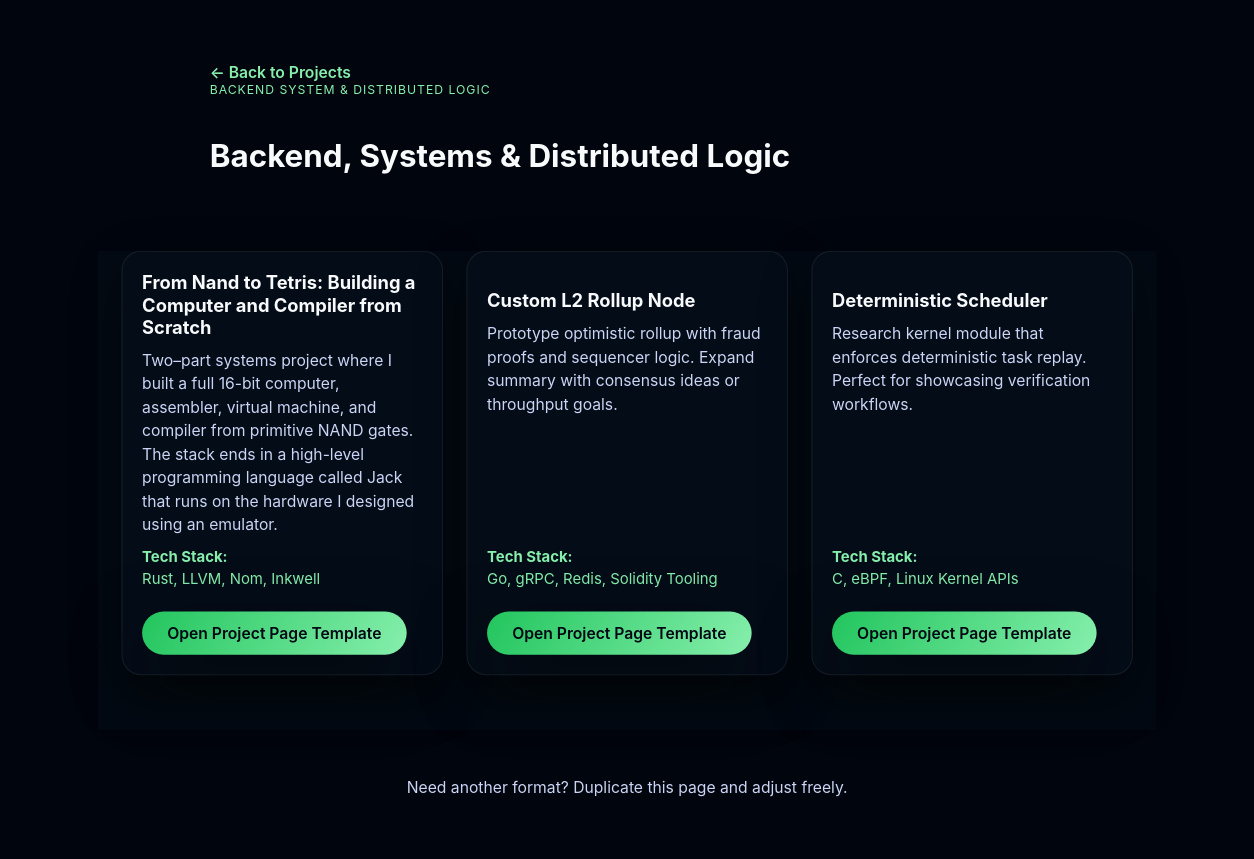
Repository: Abdulaziz-04/Abdulaziz-04.github.io
Page: projects/backend_systems.html
An editor plug-in stored every save of this project. The page is shown before and after the next save, followed by the edit.
The browser window is 1280 px wide. The pictures show the whole page, at 98% of full size.

Above is the page before, as saved 2025-11-20 22:13:46.

### projects/backend_systems.html
<!DOCTYPE html>
<html lang="en">
  <head>
    <meta charset="UTF-8" />
    <meta name="viewport" content="width=device-width, initial-scale=1" />
    <title>Backend, Systems &amp; Distributed Logic | Projects</title>
    <link rel="stylesheet" href="../assets/css/styles.css" />
  </head>
  <body class="category-page">
    <header class="category-hero">
      <a class="category-back" href="../index.html#projects"
        >&larr; Back to Projects</a
      >
      <a class="category-pill" href="../index.html#projects"
        >Backend System &amp; Distributed Logic</a
      >
      <br />
      <h1>Backend, Systems &amp; Distributed Logic</h1>
    </header>
    <main class="section category-section">
      <div class="project-modal-grid">
        <article class="project-modal-card">
          <div class="project-modal__body">
            <h3>
              From Nand to Tetris: Building a Computer and Compiler from Scratch
            </h3>
            <p class="project-modal__summary">
              Two–part systems project where I built a full 16-bit computer,
              assembler, virtual machine, and compiler from primitive NAND
              gates. The stack ends in a high-level programming language called
              Jack that runs on the hardware I designed using an emulator.
            </p>
            <p class="project-modal__tech">
              <strong>Tech Stack:</strong> Rust, LLVM, Nom, Inkwell
            </p>
            <div class="project-modal__actions">
              <a
                class="btn primary"
                href="../deepdives/backend_systems/nand2tetris/nand2tetris.html"
                >Open Project Page Template</a
              >
            </div>
          </div>
        </article>

        <article class="project-modal-card">
          <div class="project-modal__body">
            <h3>Custom L2 Rollup Node</h3>
            <p class="project-modal__summary">
              Prototype optimistic rollup with fraud proofs and sequencer logic.
              Expand summary with consensus ideas or throughput goals.
            </p>
            <p class="project-modal__tech">
              <strong>Tech Stack:</strong> Go, gRPC, Redis, Solidity Tooling
            </p>
            <div class="project-modal__actions">
              <a class="btn primary" href="project-template.html"
                >Open Project Page Template</a
              >
            </div>
          </div>
        </article>

        <article class="project-modal-card">
          <div class="project-modal__body">
            <h3>Deterministic Scheduler</h3>
            <p class="project-modal__summary">
              Research kernel module that enforces deterministic task replay.
              Perfect for showcasing verification workflows.
            </p>
            <p class="project-modal__tech">
              <strong>Tech Stack:</strong> C, eBPF, Linux Kernel APIs
            </p>
            <div class="project-modal__actions">
              <a class="btn primary" href="project-template.html"
                >Open Project Page Template</a
              >
            </div>
          </div>
        </article>
      </div>
    </main>
    <footer class="category-footer">
      <p>Need another format? Duplicate this page and adjust freely.</p>
    </footer>
  </body>
</html>

### assets/css/styles.css
:root {
  --bg: #030a13;
  --bg-alt: #050f1f;
  --panel: #071425;
  --panel-soft: rgba(34, 197, 94, 0.08);
  --accent: #22c55e;
  --accent-strong: #86efac;
  --text: #f8fafc;
  --muted: #cbd5f5;
  --border: rgba(255, 255, 255, 0.08);
  --radius: 18px;
  --shadow: 0 25px 70px rgba(1, 8, 4, 0.55);
}

* {
  box-sizing: border-box;
}

body {
  margin: 0;
  min-height: 100vh;
  font-family: "Inter", "Segoe UI", system-ui, -apple-system, BlinkMacSystemFont,
    sans-serif;
  color: var(--text);
  background: radial-gradient(circle at 15% 35%, rgba(34, 197, 94, 0.15), transparent 45%),
    radial-gradient(circle at 80% 0%, rgba(134, 239, 172, 0.2), transparent 35%),
    #020718;
  scroll-behavior: smooth;
  padding-top: 0;
}

.modal-open {
  overflow: hidden;
}

main {
  background: var(--bg);
}

.section {
  max-width: 1080px;
  margin: 0 auto;
  padding: 3.5rem 1.5rem;
}

.site-header {
  margin: 0;
  padding: clamp(4rem, 12vw, 6rem) clamp(1.5rem, 6vw, 4rem) 3.5rem;
  background: linear-gradient(135deg, rgba(5, 18, 12, 0.9), rgba(3, 10, 19, 0.85)),
    radial-gradient(circle at top left, rgba(34, 197, 94, 0.25), transparent 55%);
  box-shadow: inset 0 1px 0 rgba(255, 255, 255, 0.05);
  min-height: 85vh;
  display: flex;
  align-items: center;
}

.hero-header {
  margin-top: 0;
  padding-top: clamp(4.5rem, 12vw, 7rem);
}

.top-nav {
  position: fixed;
  top: 0;
  left: 0;
  width: 100%;
  padding: 0.75rem clamp(1.25rem, 6vw, 4rem);
  background: rgba(4, 9, 20, 0.95);
  border-bottom: 1px solid rgba(255, 255, 255, 0.05);
  backdrop-filter: blur(14px);
  display: flex;
  align-items: center;
  justify-content: space-between;
  gap: 1rem;
  z-index: 50;
}

.top-nav__brand {
  font-size: 0.85rem;
  letter-spacing: 0.3em;
  text-transform: uppercase;
  color: var(--muted);
}

.top-nav__links {
  display: flex;
  align-items: center;
  gap: 0.9rem;
  flex-wrap: wrap;
}

.nav-link {
  text-decoration: none;
  color: var(--muted);
  font-weight: 600;
  letter-spacing: 0.08em;
  text-transform: uppercase;
  padding: 0.4rem 0.85rem;
  border-radius: 999px;
  transition: color 0.2s ease, background 0.2s ease;
}

.nav-link:hover {
  color: var(--text);
}

.nav-link.active {
  background: var(--accent);
  color: #03140c;
}

.hire-btn {
  cursor: pointer;
  background: var(--accent);
  color: black;
  padding: 0.95rem 2.4rem;
  font-size: 1.1rem;
  font-weight: 700;
  border: none;
  border-radius: 999px;
  box-shadow: 0 12px 28px rgba(34, 197, 94, 0.35);
}

.hero-grid {
  display: grid;
  grid-template-columns: minmax(0, 1.4fr) minmax(220px, 320px);
  gap: clamp(2rem, 4vw, 3.5rem);
  width: 100%;
  align-items: start;
}

.hero-text h1 {
  font-size: clamp(2.5rem, 5vw, 3.8rem);
  margin: 0.2rem 0 0.8rem;
}

.hero-lede {
  color: var(--muted);
  font-size: 1.05rem;
  max-width: 560px;
  line-height: 1.6;
}

.eyebrow {
  text-transform: uppercase;
  color: var(--accent-strong);
}

.hero-summary {
  margin: 1.5rem 0 1.75rem;
  color: var(--muted);
}

.summary-list {
  font-size: large;
  margin: 0;
  padding-left: 1.5rem;
}

.summary-list li {
  margin-bottom: 0.55rem;
  line-height: 1.5;
}

.hero-actions {
  display: flex;
  flex-wrap: wrap;
  gap: 1rem;
  width: 100%;
}

.hero-actions .hire-btn {
  padding: 1.1rem 2.8rem;
  font-size: 1.2rem;
}

.btn {
  display: inline-flex;
  align-items: center;
  justify-content: center;
  gap: 0.4rem;
  padding: 0.75rem 1.6rem;
  border-radius: 999px;
  text-decoration: none;
  font-weight: 600;
  transition: transform 0.2s ease, box-shadow 0.2s ease;
}

.btn.primary {
  background: linear-gradient(120deg, var(--accent), var(--accent-strong));
  color: #020714;
  box-shadow: var(--shadow);
}

.btn.secondary {
  border: 1px solid var(--accent);
  color: var(--accent-strong);
}

.btn:hover {
  transform: translateY(-2px);
}

.hero-photo {
  justify-self: center;
}

.hero-photo img {
  width: clamp(220px, 18vw, 280px);
  border-radius: 28px;
  border: 1px solid rgba(134, 239, 172, 0.2);
  box-shadow: 0 20px 60px rgba(0, 0, 0, 0.6);
  filter: saturate(1.05);
}

.section h2 {
  margin-top: 0;
  font-size: 2rem;
}

.experience-grid {
  display: grid;
  grid-template-columns: repeat(auto-fit, minmax(300px, 1fr));
  gap: 1.75rem;
}

.experience-title {
  display: flex;
  justify-content: space-between;
  align-items: center;
  gap: 1rem;
  font-size: 1.2rem;
}

.experience-title .role {
  color: var(--text); /* default text color */
  font-weight: 600;
}

.experience-title .org {
  color:#6DF9C9;
  white-space: nowrap;
}

.experience-card,
.project-card {
  background: linear-gradient(145deg, var(--panel), rgba(6, 14, 18, 0.9));
  border-radius: var(--radius);
  border: 1px solid var(--border);
  padding: 1.75rem;
  box-shadow: var(--shadow);
}

.timeline {
  border-left: 2px solid var(--border);
  margin-top: 1.25rem;
}

.timeline-item {
  padding-left: 1.75rem;
  margin-bottom: 1.75rem;
  position: relative;
}

.timeline-header {
  display: flex;
  justify-content: space-between;
  align-items: baseline;
  gap: 1rem;
}

.timeline-header h3 {
  margin: 0;
}

.education-title {
  display: flex;
  justify-content: space-between;
  gap: 0.75rem;
  align-items: baseline;
  flex-wrap: wrap;
}

.edu-gpa {
  color: var(--accent-strong);
  white-space: nowrap;
  font-size: 0.95rem;
}





.hire-modal {
  position: fixed;
  inset: 0;
  background: rgba(5, 9, 18, 0.8);
  display: flex;
  justify-content: center;
  align-items: center;
  z-index: 100;
}

.hire-modal[hidden] {
  display: none;
}

.hire-modal__panel {
  background: #050b16;
  border: 1px solid rgba(255, 255, 255, 0.08);
  border-radius: 22px;
  padding: 1.75rem;
  width: min(90%, 420px);
  box-shadow: 0 30px 80px rgba(0, 0, 0, 0.55);
  position: relative;
  color: var(--text);
}

.hire-modal__panel p {
  color: var(--muted);
}

.hire-modal__close {
  position: absolute;
  top: 0.5rem;
  right: 0.75rem;
  background: var(--accent);
  color: #02120b;
  border: none;
  font-size: 1.35rem;
  font-weight: 700;
  cursor: pointer;
  width: 2.25rem;
  height: 2.25rem;
  border-radius: 999px;
  display: inline-flex;
  align-items: center;
  justify-content: center;
  line-height: 1;
}

.hire-options {
  display: flex;
  flex-direction: column;
  gap: 0.75rem;
  margin-top: 1rem;
}

.hire-option {
  display: flex;
  justify-content: space-between;
  align-items: center;
  padding: 0.85rem 1rem;
  border-radius: 1rem;
  text-decoration: none;
  color: var(--text);
  border: 1px solid rgba(255, 255, 255, 0.08);
  background: rgba(255, 255, 255, 0.02);
  transition: background 0.2s ease, transform 0.2s ease;
}

.hire-option:hover {
  background: rgba(34, 197, 94, 0.18);
  transform: translateY(-2px);
}

.hire-option small {
  color: var(--muted);
  letter-spacing: 0.04em;
}

.hire-modal__action {
  margin-top: 1.5rem;
  width: 100%;
  text-align: center;
}

.timeline-item::before {
  content: "";
  width: 11px;
  height: 11px;
  border-radius: 999px;
  background: var(--accent);
  box-shadow: 0 0 16px rgba(34, 197, 94, 0.8);
  position: absolute;
  left: -6px;
  top: 4px;
}

.timeline-date {
  font-size: 0.85rem;
  letter-spacing: 0.1em;
  text-transform: uppercase;
  color: var(--muted);
}

.course-dropdown {
  margin-top: 1.5rem;
}

.course-toggle {
  width: 100%;
  background: transparent;
  border: 1px solid rgba(255, 255, 255, 0.08);
  border-radius: var(--radius);
  padding: 0.75rem 1.1rem;
  color: var(--text);
  font: inherit;
  font-weight: 600;
  letter-spacing: 0.04em;
  display: flex;
  justify-content: space-between;
  align-items: center;
  cursor: pointer;
  transition: border-color 0.2s ease, transform 0.2s ease, box-shadow 0.2s ease;
}

.course-toggle:hover {
  border-color: rgba(134, 239, 172, 0.7);
  box-shadow: 0 0 20px rgba(34, 197, 94, 0.25);
  transform: translateY(-1px);
}

.course-toggle__icon {
  font-size: 1.1rem;
  line-height: 1;
  transition: transform 0.25s ease;
}

.course-toggle[aria-expanded='true'] .course-toggle__icon {
  transform: rotate(45deg);
}

.course-panel {
  margin-top: 1rem;
  border-left: 2px solid rgba(134, 239, 172, 0.3);
  padding-left: 1.25rem;
}

.course-panel[hidden] {
  display: none;
}

.course-panel__body h4 {
  margin-top: 1rem;
  margin-bottom: 0.5rem;
}

.certifications-list {
  display: grid;
  gap: 1rem;
  margin-top: 1rem;
}

#certifications {
  scroll-margin-top: 140px;
}

.cert-list {
  list-style: none;
  padding: 0;
  margin: 0;
  display: flex;
  flex-direction: column;
  gap: 0.75rem;
}

.cert-title {
  font-weight: 700;
}

.cert-meta {
  font-size: 0.95rem;
  color: var(--muted);
}

.loading-text,
.loading-error {
  color: var(--muted);
  font-style: italic;
}

.loading-error {
  color: #fda4af;
}

.project-card--featured {
  display: flex;
  flex-wrap: wrap;
  gap: 1.5rem;
}

.project-media img {
  max-width: 280px;
  border-radius: var(--radius);
  border: 1px solid rgba(34, 197, 94, 0.3);
}

.project-grid {
  display: grid;
  grid-template-columns: repeat(auto-fit, minmax(240px, 1fr));
  gap: 1.25rem;
  margin-top: 1rem;
}

.projects-overview .projects-lede {
  color: var(--muted);
  max-width: 760px;
  margin-bottom: 2rem;
}

.project-category-grid {
  display: grid;
  grid-template-columns: repeat(auto-fit, minmax(260px, 1fr));
  gap: 1.5rem;
  margin-top: 2rem;
}

.project-category-card {
  border: 1px solid var(--border);
  border-radius: var(--radius);
  padding: 1.75rem;
  background: rgba(7, 19, 33, 0.85);
  display: flex;
  flex-direction: column;
  gap: 0.75rem;
  box-shadow: 0 15px 40px rgba(0, 0, 0, 0.35);
  min-height: 260px;
}

.category-pill {
  text-transform: uppercase;
  letter-spacing: 0.08em;
  font-size: 0.78rem;
  color: var(--accent-strong);
  margin: 0;
  display: block;
  min-height: 2.2em;
  text-decoration: none;
  cursor: pointer;
}

.project-category-card h3 {
  margin: 0;
  line-height: 1.35;
  min-height: 3.2em;
}

.project-category-card > p:not(.category-pill) {
  margin: 0;
  line-height: 1.5;
  min-height: 4.4em;
}

.category-link {
  align-self: flex-start;
  margin-top: auto;
}

.category-page {
  background: #01050d;
  color: var(--text);
  min-height: 100vh;
  margin: 0;
}

.category-hero {
  max-width: 900px;
  margin: 0 auto;
  padding: 4rem 1.5rem 2rem;
  text-align: left;
}

.category-hero h1 {
  margin-top: 0.5rem;
}

.category-back {
  text-decoration: none;
  color: var(--accent-strong);
  font-weight: 600;
}

.category-section {
  padding-top: 0;
}

.category-description {
  color: var(--muted);
  max-width: 720px;
}

.project-modal-grid {
  display: grid;
  grid-template-columns: repeat(auto-fit, minmax(280px, 1fr));
  gap: 1.5rem;
  margin-top: 1.5rem;
  align-items: stretch;
  grid-auto-rows: 1fr;
}

.project-modal-card {
  border: 1px solid rgba(255, 255, 255, 0.08);
  border-radius: 20px;
  padding: 1.25rem;
  background: rgba(5, 13, 25, 0.95);
  display: flex;
  flex-direction: column;
  gap: 1rem;
  box-shadow: 0 20px 50px rgba(0, 0, 0, 0.45);
  height: 100%;
}

.project-modal__body {
  display: grid;
  grid-template-rows: auto 1fr auto auto;
  gap: 0.6rem;
  height: 100%;
}

.project-modal-card h3 {
  margin: 0;
  min-height: 2.6rem;
  display: flex;
  align-items: flex-end;
}

.project-modal__body h3,
.project-modal__body p {
  margin: 0;
}

.project-modal__summary {
  color: var(--muted);
  line-height: 1.5;
  min-height: 0;
}

.project-modal__tech {
  font-size: 0.95rem;
  color: var(--accent-strong);
  min-height: 2.4rem;
  line-height: 1.5;
}

.project-modal__tech strong,
.project-modal__tech b {
  display: block;
}

.project-modal__actions {
  display: flex;
  gap: 0.75rem;
  flex-wrap: wrap;
  margin-top: auto;
  padding-top: 0.75rem;
}

.category-footer {
  text-align: center;
  color: var(--muted);
  padding: 2rem 1rem 3rem;
}

.project-detail-page {
  background: #01050d;
  color: var(--text);
  margin: 0;
}

.detail-hero {
  max-width: 960px;
  margin: 0 auto;
  padding: 4rem 1.5rem 2rem;
}

.detail-summary {
  color: var(--muted);
  font-size: 1.1rem;
}

.detail-meta {
  list-style: none;
  padding: 0;
  margin: 1.5rem 0 0;
  display: flex;
  flex-wrap: wrap;
  gap: 1rem 2rem;
  color: var(--accent-strong);
}

.detail-content {
  padding-top: 0;
}

.home-page p,
.home-page li,
.home-page .course-panel__body {
  text-align: justify;
}

.home-page .projects-overview p,
.home-page .project-category-card p {
  text-align: left;
}

.project-detail-page p,
.project-detail-page li {
  text-align: justify;
}

.detail-section {
  margin-bottom: 2.5rem;
}

.detail-gallery {
  display: flex;
  flex-direction: column;
  gap: 1.5rem;
}

.detail-gallery .gallery-row {
  display: flex;
  flex-direction: column;
  gap: 1.75rem;
  align-items: center;
}

.detail-gallery .gallery-row--two {
  width: 100%;
  display: grid;
  grid-template-columns: repeat(auto-fit, minmax(280px, 1fr));
  gap: 1.25rem;
  align-items: start;
}

.detail-gallery .gallery-item {
  flex: 0 0 auto;
  max-width: 880px;
  margin: 0 auto;
  text-align: center;
}

.detail-gallery .gallery-item figcaption {
  text-align: center;
}

.detail-gallery .gallery-item img {
  display: block;
  width: 100%;
  height: auto;
  border-radius: 12px;
  border: 1px solid rgba(255, 255, 255, 0.08);
  margin: 0 auto;
  transform: none;
}

.detail-video {
  display: block;
  width: 100%;
  max-width: 720px;
  height: auto;
  margin: 0 auto;
  border-radius: 12px;
  border: 1px solid rgba(255, 255, 255, 0.08);
  background: #000;
}

.detail-gallery__grid {
  display: grid;
  grid-template-columns: repeat(auto-fit, minmax(240px, 1fr));
  gap: 1.25rem;
}

.detail-gallery__grid img {
  width: 100%;
  border-radius: 14px;
  border: 1px solid rgba(255, 255, 255, 0.08);
}

.detail-snippet pre {
  background: #020714;
  padding: 1.25rem;
  border-radius: 16px;
  border: 1px solid rgba(255, 255, 255, 0.08);
  overflow-x: auto;
}

.code-emphasis {
  font-size: 1.4em;
}

.skills-list {
  display: flex;
  flex-wrap: wrap;
  gap: 0.65rem;
}

.skill-pill {
  --pill-bg: rgba(148, 163, 184, 0.15);
  --pill-color: #f8fafc;
  --pill-icon: rgba(255, 255, 255, 0.85);
  display: inline-flex;
  align-items: center;
  gap: 0.4rem;
  padding: 0.45rem 0.9rem;
  border-radius: 0.85rem;
  background: var(--pill-bg);
  color: var(--pill-color);
  font-size: 0.78rem;
  font-weight: 700;
  letter-spacing: 0.05em;
  text-transform: uppercase;
  border: 1px solid rgba(255, 255, 255, 0.06);
  box-shadow: 0 6px 14px rgba(0, 0, 0, 0.25);
}

.skill-pill i {
  font-size: 1rem;
  color: var(--pill-icon);
}

.site-footer {
  text-align: center;
  display: flex;
  justify-content: center;
  padding: 2.5rem 1rem 3rem;
  color: var(--muted);
  border-top: 1px solid var(--border);
  background: linear-gradient(180deg, rgba(5, 9, 18, 0.98), rgba(2, 7, 24, 0.95));
  margin-top: 0;
  box-shadow: 0 -18px 45px rgba(0, 0, 0, 0.45);
}

.site-footer p {
  margin: 0;
}

@media (max-width: 1024px) {
  .hero-grid {
    grid-template-columns: 1fr;
    text-align: center;
  }

  .hero-photo {
    order: -1;
  }

  .top-nav {
    flex-direction: column;
    align-items: flex-start;
    gap: 0.5rem;
  }

  .top-nav__links {
    width: 100%;
    justify-content: flex-start;
    gap: 0.5rem;
  }

  .hire-btn {
    width: 100%;
    text-align: center;
  }
}

@media (max-width: 640px) {
  .hero-header {
    padding-top: 9rem;
  }

  .experience-title {
    flex-direction: column;
    align-items: flex-start;
    gap: 0.35rem;
    font-size: 1.05rem;
  }

  .experience-title .org {
    white-space: normal;
    width: 100%;
  }
}


/* Medium size for first GIF */
.gallery-item--medium {
  text-align: center;
}

.gallery-item--medium img {
  max-width: 720px;
  width: 100%;
  height: auto;
  display: block;
  margin: 0 auto;
}

.gallery-item figcaption {
  margin-top: 0.95rem;
  color: var(--muted);
  line-height: 1.5;
}

.hero-screens {
  display: flex;
  flex-wrap: wrap;
  justify-content: center;
  align-items: flex-start;
  gap: 1.25rem;
}

.hero-screens .gallery-item {
  max-width: 220px;
  width: 100%;
  display: flex;
  flex-direction: column;
  align-items: center;
}

.hero-screens .gallery-item img {
  width: 100%;
  height: 420px;
  display: block;
  margin: 0 auto;
  object-fit: contain;
}

.hero-screens .gallery-item figcaption {
  text-align: center;
  margin-top: 0.75rem;
}


a {
  color: #b6f5c9;
}

a:hover {
  color: #8ef0af;
}

After the next save:
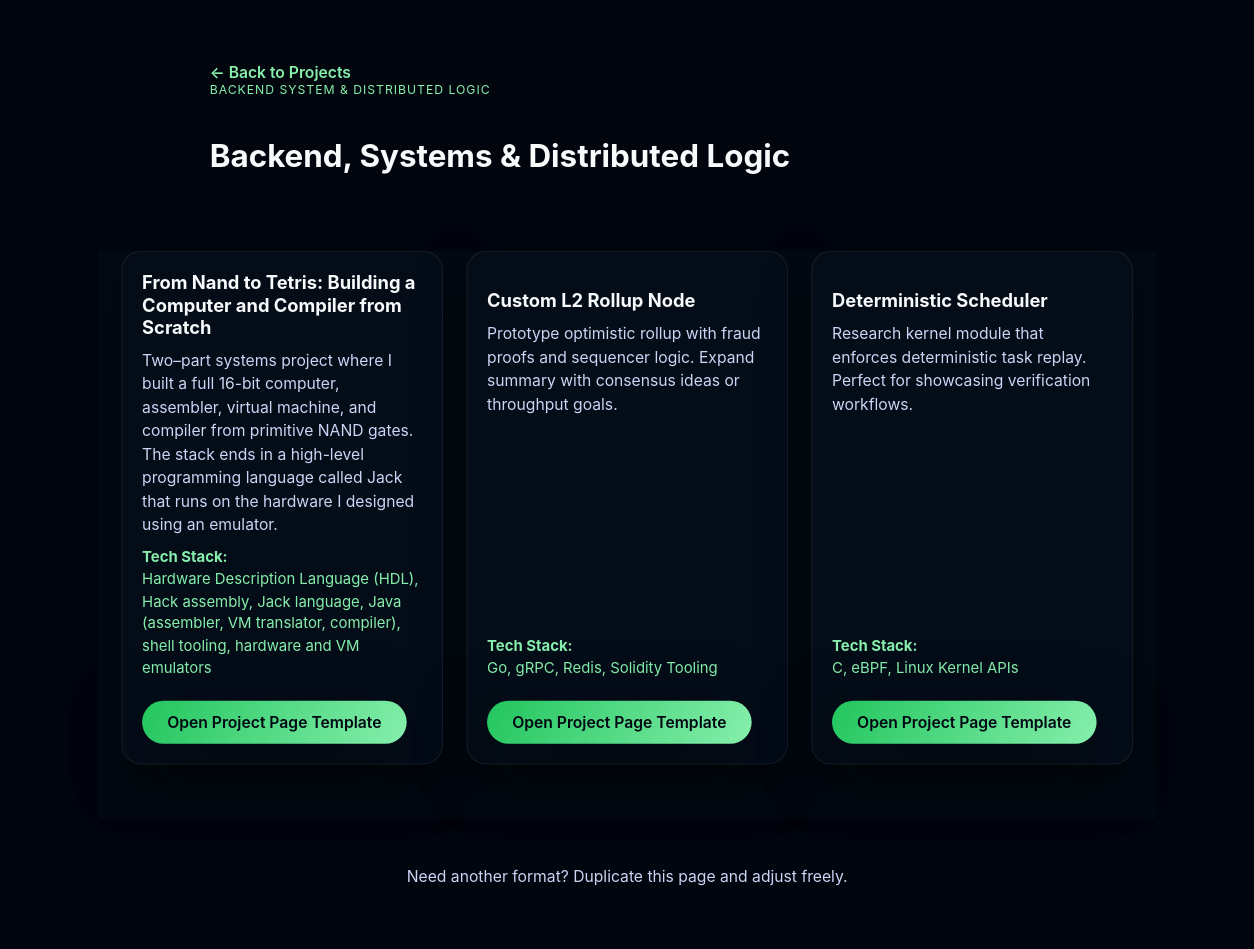
Saved 14 s later.
--- a/projects/backend_systems.html
+++ b/projects/backend_systems.html
@@ -31,7 +31,10 @@
               Jack that runs on the hardware I designed using an emulator.
             </p>
             <p class="project-modal__tech">
-              <strong>Tech Stack:</strong> Rust, LLVM, Nom, Inkwell
+              <strong>Tech Stack:</strong>
+              Hardware Description Language (HDL), Hack assembly, Jack language,
+              Java (assembler, VM translator, compiler), shell tooling, hardware
+              and VM emulators
             </p>
             <div class="project-modal__actions">
               <a
